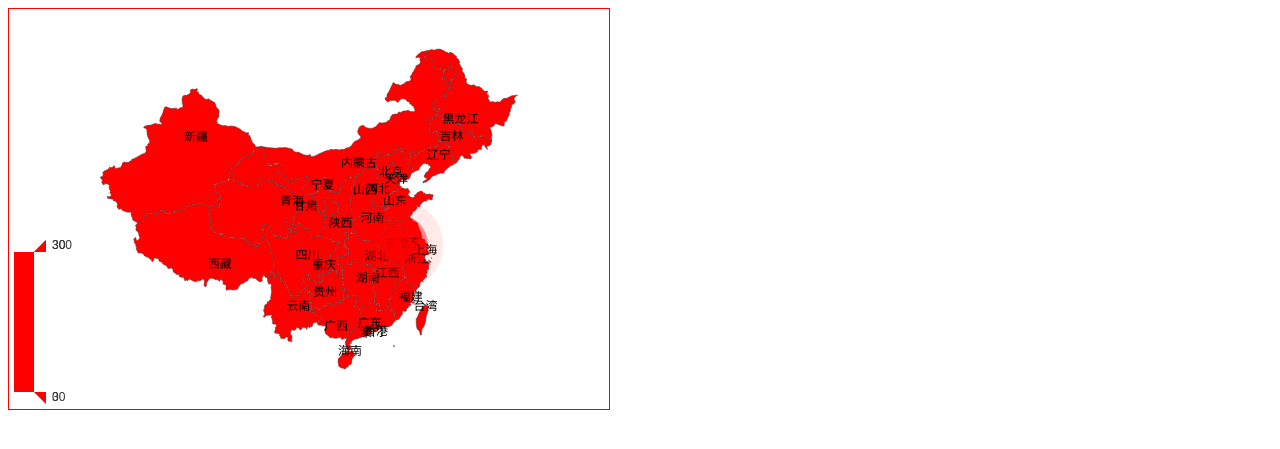
Repository: 572031690/echartssimple
Page: 21.地图常见效果_地图和散点图结合.html
These files come from the project's save history. The page is drawn as it stood at one moment and after the next save; the edit follows.
The browser window is 1280 px wide. The pictures show the whole page.

Above is the page before, as saved 2021-08-11 11:23:23.

After the next save:
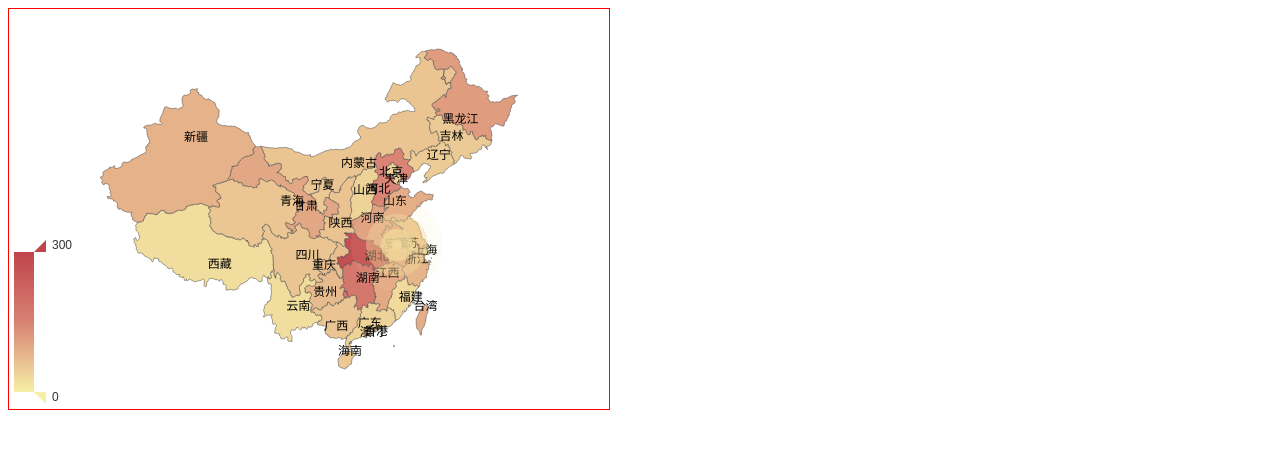
Saved 93 s later.
--- a/21.地图常见效果_地图和散点图结合.html
+++ b/21.地图常见效果_地图和散点图结合.html
@@ -90,23 +90,25 @@
             }
           }
         ],
-        visualMap: [{
+        visualMap: {
           min: 0,
-          max: 30,
-          inRange: {
-            color: ['#B8E2FF', '#0357C2'] // 控制颜色渐变的范围
-          },
-          calculable: true // 出现滑块
-        },
-        {
-          min: 30,
           max: 300,
-          inRange: {
-            color: 'red'// 控制颜色渐变的范围
-          },
+          // inRange: {
+          //   color: ['#B8E2FF', '#0357C2'] // 控制颜色渐变的范围
+          // },
+
+          pieces: [
+            // 自定义『分段式视觉映射组件（visualMapPiecewise）』的每一段的范围，以及每一段的文字，以及每一段的特别的样式
+            { gt: 100000, lte: 1000000000, label: "100000~1000000000", color: "#6ad86e" }, // (900, 1000]
+            { gt: 10000, lte: 100000, label: "10000~100000", color: "#9adcfa" }, // (500, 900]
+            { gt: 1000, lte: 10000, label: "1000~10000", color: "#ffeb3b" }, // (310, 500]
+            { gt: 10, lte: 1000, label: "10~1000", color: "#ff9800" }, // (200, 300]
+            { gt: 0, lte: 10, label: "0~10人", color: "orangered" }, // (10, 200]
+            { value:0, label: "无数据", color: "#999" } // [0]
+          ],
+
           calculable: true // 出现滑块
         }
-      ]
       }
       mCharts.setOption(option)
     })
